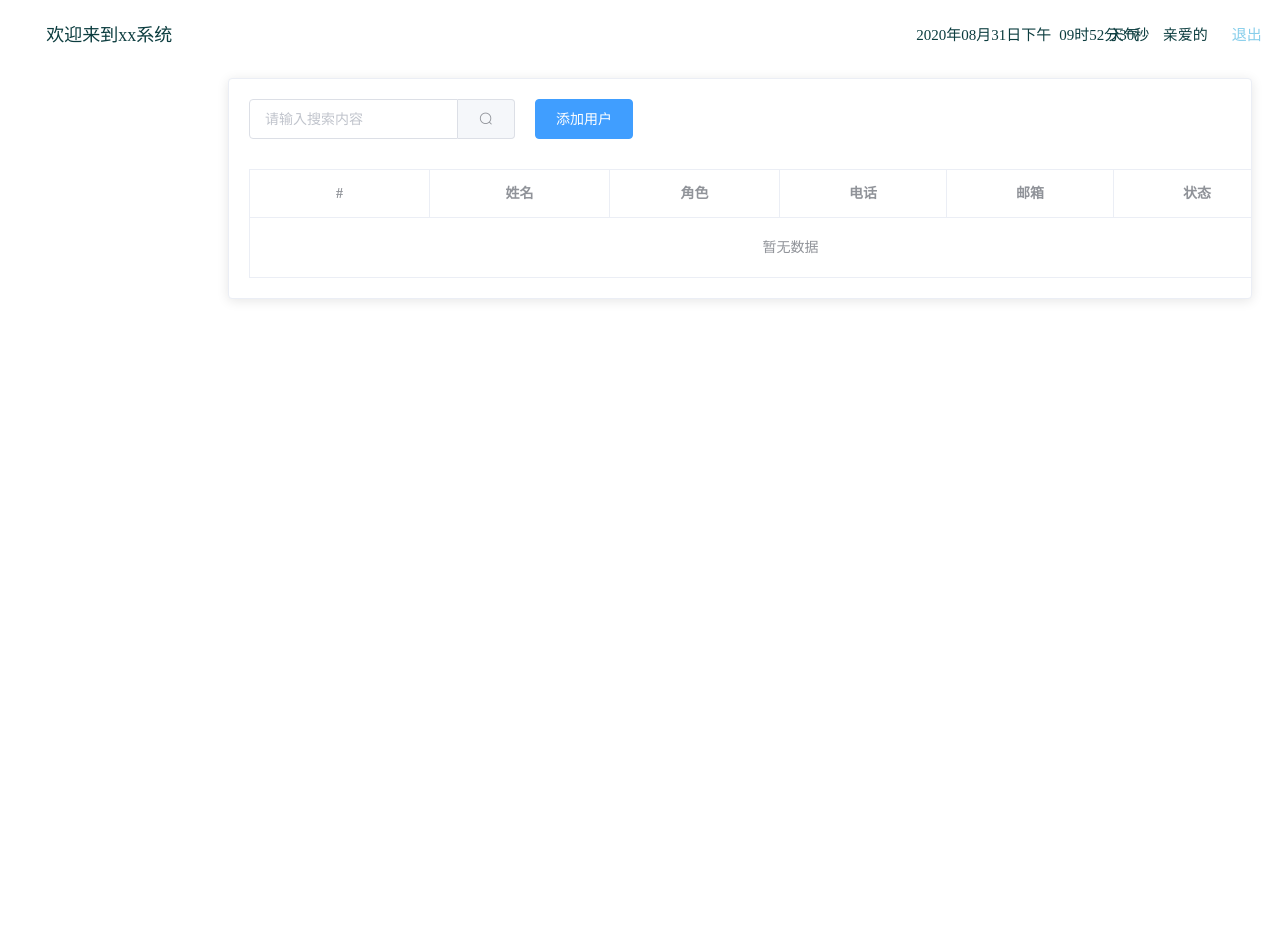
Repository: 2510699771/background-system
Page: /users/users
These files come from the project's save history. The page is drawn as it stood at one moment and after a run of saves; the edit follows.
The browser window is 1280 px wide. The pictures show the whole page.
The page's requests for data from a server got no answer. The project was rebuilt for these pictures with package versions that can differ from the ones it lists, and the page was loaded fresh each time. No one was signed in, and anything a server would have sent is missing. Also part of the build but not shown: vue.config.js, src/views/Home.vue.

Above is the page before, as saved 2020-08-31 22:03:11.

After the next 3 saves:
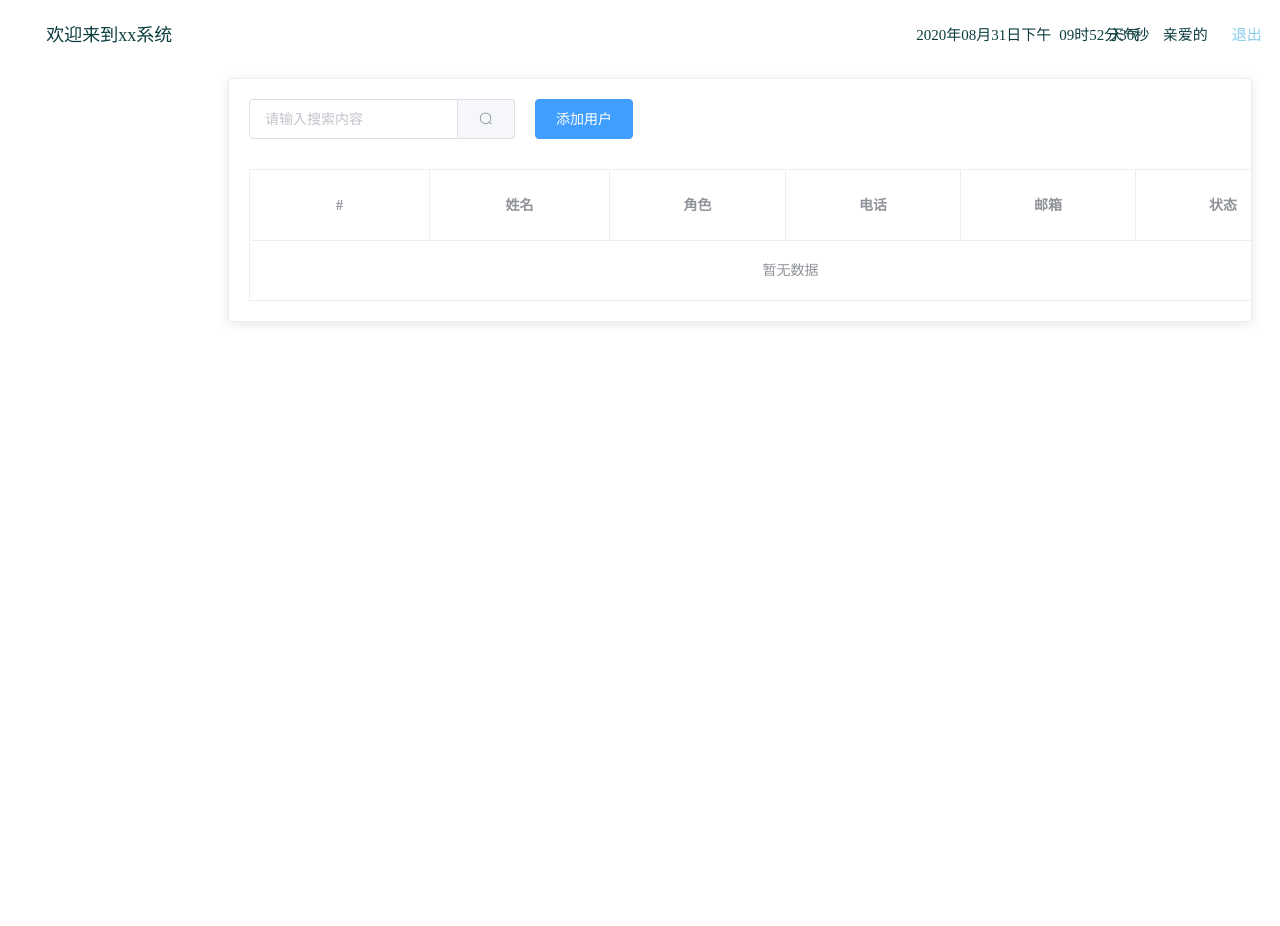
The 3 saves are shown as one change because they came seconds apart.
The last was saved 11 s later.
--- a/src/views/UserList/UserList.vue
+++ b/src/views/UserList/UserList.vue
@@ -24,7 +24,7 @@
               ></el-switch>
             </template>
           </el-table-column>
-          <el-table-column prop="address" label="操作" align="center" width="50%">
+          <el-table-column prop="address" label="操作" align="center" width="20%">
             <template slot-scope="scope">
               <el-button
                 type="primary"
